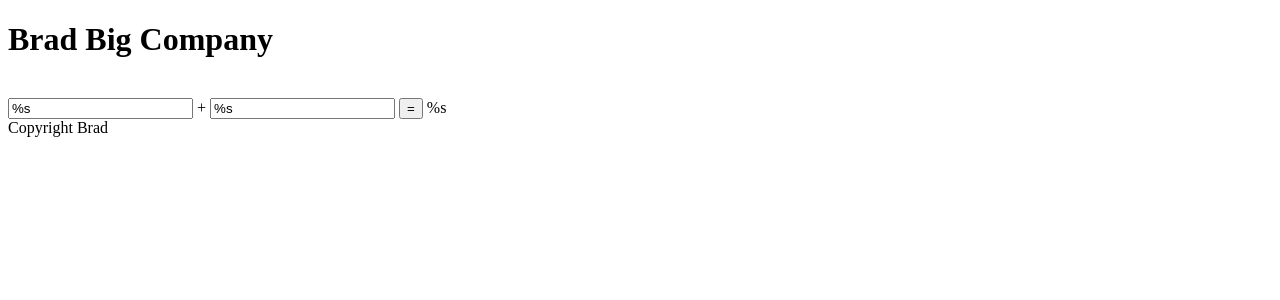
Repository: jessie9527/Java_Brad
Page: BradWeb/src/main/webapp/views/view2.html
An editor plug-in stored every save of this project. The page is shown before and after the next save, followed by the edit.
The browser window is 1280 px wide. The pictures show the whole page.

Above is the page before, as saved 2023-05-10 03:21:07.

After the next save:
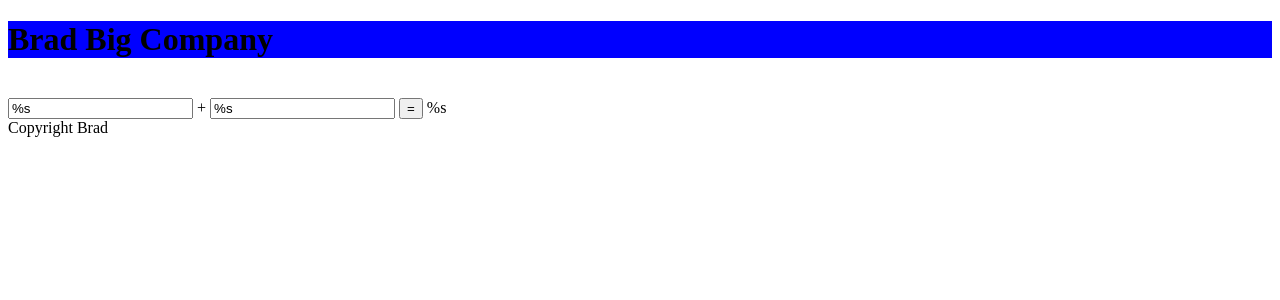
Saved 70 s later.
--- a/BradWeb/src/main/webapp/views/view2.html
+++ b/BradWeb/src/main/webapp/views/view2.html
@@ -8,7 +8,7 @@
 	<body>
 	<!-- 畫面維護 -->
 		<div>
-		<h1>Brad Big Company</h1>
+		<h1 style="background-color: blue;">Brad Big Company</h1>
 		<br>
 		<form action="">
 			<input type="hidden" name="view" value="%s" />
